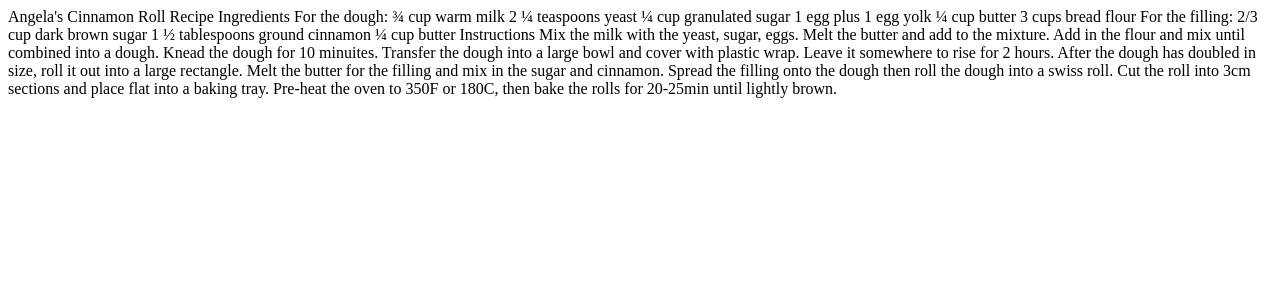
Repository: logan-lampton/python
Page: web-foundation/intermediate-html/list.html
An editor plug-in stored every save of this project. The page is shown before and after the next save, followed by the edit.
The browser window is 1280 px wide. The pictures show the whole page.

Above is the page before, as saved 2023-08-24 12:17:03.

After the next save:
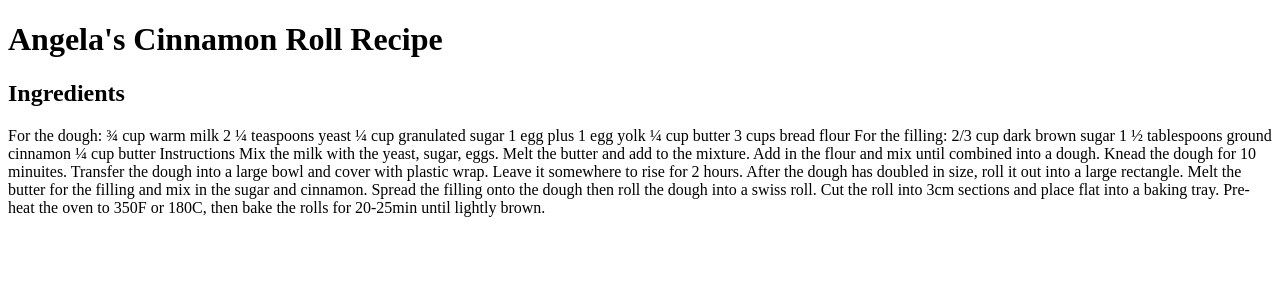
Saved 73 s later.
--- a/web-foundation/intermediate-html/list.html
+++ b/web-foundation/intermediate-html/list.html
@@ -1,29 +1,26 @@
-Angela's Cinnamon Roll Recipe
+<!DOCTYPE html>
+<html lang="en">
+  <head>
+    <meta charset="UTF-8" />
+    <meta name="viewport" content="width=device-width, initial-scale=1.0" />
+    <title>Document</title>
+  </head>
+  <body>
+    <h1>Angela's Cinnamon Roll Recipe</h1>
 
-Ingredients
+    <h2>Ingredients</h2>
 
-For the dough:
-¾ cup warm milk
-2 ¼ teaspoons yeast
-¼ cup granulated sugar
-1 egg plus 1 egg yolk
-¼ cup butter
-3 cups bread flour
-
-For the filling:
-2/3 cup dark brown sugar
-1 ½ tablespoons ground cinnamon
-¼ cup butter
-
-Instructions
-
-Mix the milk with the yeast, sugar, eggs.
-Melt the butter and add to the mixture.
-Add in the flour and mix until combined into a dough.
-Knead the dough for 10 minuites.
-Transfer the dough into a large bowl and cover with plastic wrap. Leave it somewhere to rise for 2 hours.
-After the dough has doubled in size, roll it out into a large rectangle.
-Melt the butter for the filling and mix in the sugar and cinnamon.
-Spread the filling onto the dough then roll the dough into a swiss roll.
-Cut the roll into 3cm sections and place flat into a baking tray.
-Pre-heat the oven to 350F or 180C, then bake the rolls for 20-25min until lightly brown.
+    For the dough: ¾ cup warm milk 2 ¼ teaspoons yeast ¼ cup granulated sugar 1
+    egg plus 1 egg yolk ¼ cup butter 3 cups bread flour For the filling: 2/3 cup
+    dark brown sugar 1 ½ tablespoons ground cinnamon ¼ cup butter Instructions
+    Mix the milk with the yeast, sugar, eggs. Melt the butter and add to the
+    mixture. Add in the flour and mix until combined into a dough. Knead the
+    dough for 10 minuites. Transfer the dough into a large bowl and cover with
+    plastic wrap. Leave it somewhere to rise for 2 hours. After the dough has
+    doubled in size, roll it out into a large rectangle. Melt the butter for the
+    filling and mix in the sugar and cinnamon. Spread the filling onto the dough
+    then roll the dough into a swiss roll. Cut the roll into 3cm sections and
+    place flat into a baking tray. Pre-heat the oven to 350F or 180C, then bake
+    the rolls for 20-25min until lightly brown.
+  </body>
+</html>
